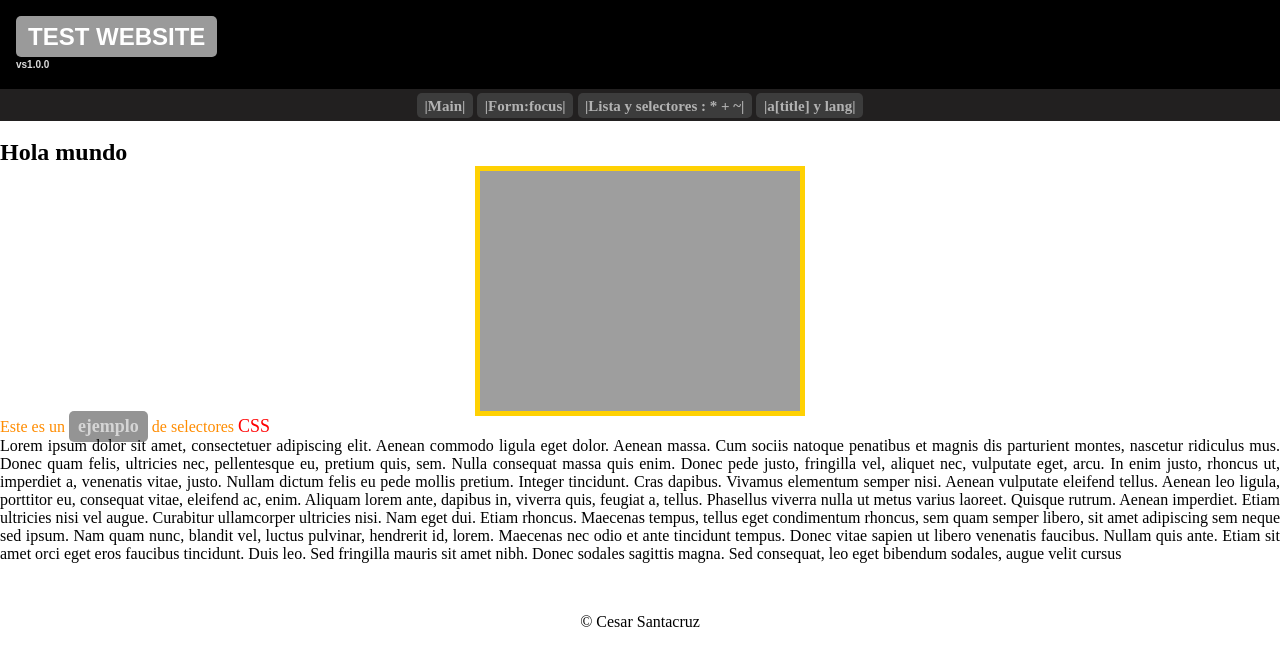
Repository: cesarsant0203/My_Study
Page: Introducción al desarrollo web/My Page 1/1.index.html
The author's editor kept a copy of each file at every save. The page is drawn from the files as they stood at one save, then again after the next save.
The browser window is 1280 px wide. The pictures show the whole page.
Pictures or frames that could not be fetched are drawn as grey boxes.

Above is the page before, as saved 2020-04-29 18:34:35.

### Introducción al desarrollo web/My Page 1/1.index.html
<!DOCTYPE html>
<html lang="es">

<head>
    <meta charset="utf-8" />
    <title> HomePage </title>
    <link href="1.index.css" rel="stylesheet" />
</head>

<body>
    <header><h1>
            <a id="header" href="1.index.html">TEST WEBSITE</a>
            </h1>
        <h4>vs1.0.0</h4>
    </header>
        <section id="navBar" class="box">
            <nav>
                <a href="1.index.html">|Main|</a>
                <a href="2.posts.html">|Form:focus|</a>
                <a href="3.contacto.html">|Lista y selectores : * + ~|</a>
                <a href="4.formulario.html">|a[title] y lang|</a>
            </nav>
        </section>
    <br />
    <h2>Hola mundo</h2>
    <div id="holaMundo" class="box">

        <img src="https://estrenaweb.com/wp-content/uploads/2018/11/bestial.gif" title="gif" class="gif" />
    </div>
    <span id="mySpan">Este es un <a href="#" class="bold">ejemplo</a> de selectores</span>
    <span class="bold red">CSS</span>
    <p id="p1">Lorem ipsum dolor sit amet, consectetuer adipiscing elit. Aenean commodo ligula
        eget dolor. Aenean massa. Cum sociis natoque penatibus et magnis dis parturient montes, nascetur ridiculus mus.
        Donec quam felis, ultricies nec, pellentesque eu, pretium quis, sem. Nulla consequat massa quis enim. Donec pede
        justo, fringilla vel, aliquet nec, vulputate eget, arcu. In enim justo, rhoncus ut, imperdiet a, venenatis
        vitae,
        justo. Nullam dictum felis eu pede mollis pretium. Integer tincidunt. Cras dapibus. Vivamus elementum semper
        nisi.
        Aenean vulputate eleifend tellus. Aenean leo ligula, porttitor eu, consequat vitae, eleifend ac, enim. Aliquam
        lorem
        ante, dapibus in, viverra quis, feugiat a, tellus. Phasellus viverra nulla ut metus varius laoreet. Quisque
        rutrum.
        Aenean imperdiet. Etiam ultricies nisi vel augue. Curabitur ullamcorper ultricies nisi. Nam eget dui. Etiam
        rhoncus.
        Maecenas tempus, tellus eget condimentum rhoncus, sem quam semper libero, sit amet adipiscing sem neque sed
        ipsum.
        Nam quam nunc, blandit vel, luctus pulvinar, hendrerit id, lorem. Maecenas nec odio et ante tincidunt tempus.
        Donec
        vitae sapien ut libero venenatis faucibus. Nullam quis ante. Etiam sit amet orci eget eros faucibus tincidunt.
        Duis
        leo. Sed fringilla mauris sit amet nibh. Donec sodales sagittis magna. Sed consequat, leo eget bibendum sodales,
        augue velit cursus
    </p>

    <footer>
        &copy Cesar Santacruz
    </footer>
</body>


</html>

### Introducción al desarrollo web/My Page 1/1.index.css
* {
    margin: 0;
}
header {
    background: black;
    padding: 1em;
    box-sizing: border-box;
    margin: 0em;
}
a#header, h4 {
    background-color: inherit;
    box-sizing: border-box;
    margin-bottom: 1px;
}
a#header {
    font-family: Arial, Helvetica, sans-serif;
    line-height: 1.4;
    color: white;
    font-size: 24px;
    font-weight: bold;
    text-decoration: none;
    padding: 0.3em 0.5em;
    border-radius: 5px;
    background-color: rgba(255, 255, 255, 0.602);
    transition: background-color 1s linear;
    transition: color 1s linear
}
a#header:hover, input:hover, button:hover, a#header:focus, input:focus, button:focus {
    background-color: #fff;
    color: black;
}
a#header:focus, input:focus, button:focus {
    box-shadow: 0 0 0 3px rgba(0,0,0,0.25);
    outline: 0;
}
h4 {
    color: gainsboro;
    font-size: x-small;
    font-family: Arial, Helvetica, sans-serif;
    line-height: 1.4;
    margin-top: 4px;
}
a{
    box-sizing: border-box;
    margin-top: auto;
    font-size: 15px;
    font-weight: bold;
    color: rgba(255, 255, 255, 0.609);
    text-decoration: none;
    padding: 0.3em 0.5em;
    border-radius: 5px;
    background-color: rgba(78, 78, 78, 0.602);
    transition: color 1s linear;
}
a:hover, input:hover, button:hover, a:focus, input:focus, button:focus {
    color: #fff;
}
a:focus, input:focus, button:focus {
    box-shadow: 0 0 0 3px rgba(0,0,0,0.25);
    outline: 0;
}
a:link {
    text-decoration: none;
}

a:visited {
    text-decoration: none;
}
section#navBar{
    font-size: large;
    text-align: center;
    background-color: rgb(34, 32, 32);
    padding: 0.33em;
}









/*.clase*/
.box {
    background-color: none;
    color: aqua;
}

.bold {
    font-size: large;
}

.red {
    color: red;
}

/*-----------------------*/

/*#identificador*/
#holaMundo {
    color: rgb(49, 3, 255);
    text-align: center;
}

span#mySpan {
    color: darkorange;
}

/*-----------------------*/
div span {
    font-size: xx-large;
}

/*-----------------------*/

/* selector universal (*)*/


/*-----------------------*/

/*dos puntos:*/
a:link {
    text-decoration: none;
}

a:visited {
    text-decoration: none;
}

/*-----------------------*/
 section {
    text-align: center;
    background-color: rgb(34, 32, 32);
    padding: 0.33em;
}
section#mySection{
    font-size: large;
}
span#mundo {
    font-style: italic;
}
footer {
    position: relative;
    margin-top: 50px;
    text-align: center;
    height: 30px;
}
p#p1 {
    text-align: justify;
}
img.gif {
    width: 320px;
    height: 240px;
    border: rgb(255, 209, 3) 5px solid;
    border-collapse: collapse;
    display: block;
    margin: auto;
}

After the next save:
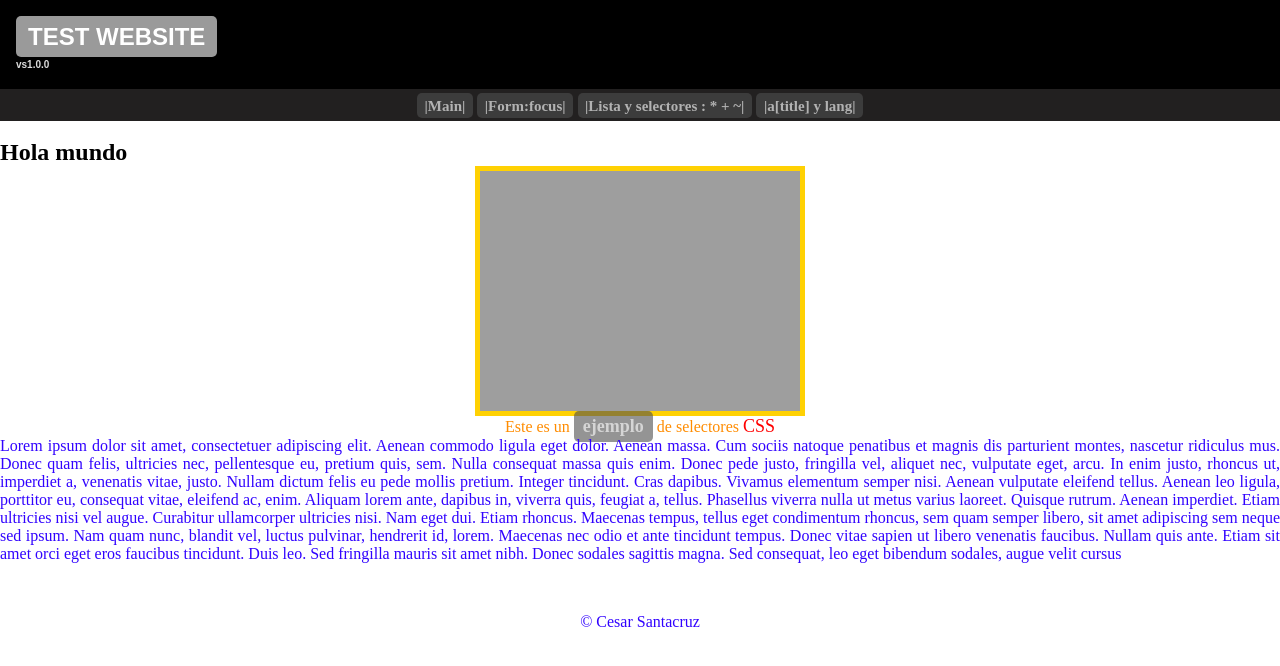
Saved 67 s later.
--- a/Introducción al desarrollo web/My Page 1/1.index.html
+++ b/Introducción al desarrollo web/My Page 1/1.index.html
@@ -23,7 +23,7 @@
         </section>
     <br />
     <h2>Hola mundo</h2>
-    <div id="holaMundo" class="box">
+    <article id="holaMundo" class="box">
 
         <img src="https://estrenaweb.com/wp-content/uploads/2018/11/bestial.gif" title="gif" class="gif" />
     </div>

After the save that followed:
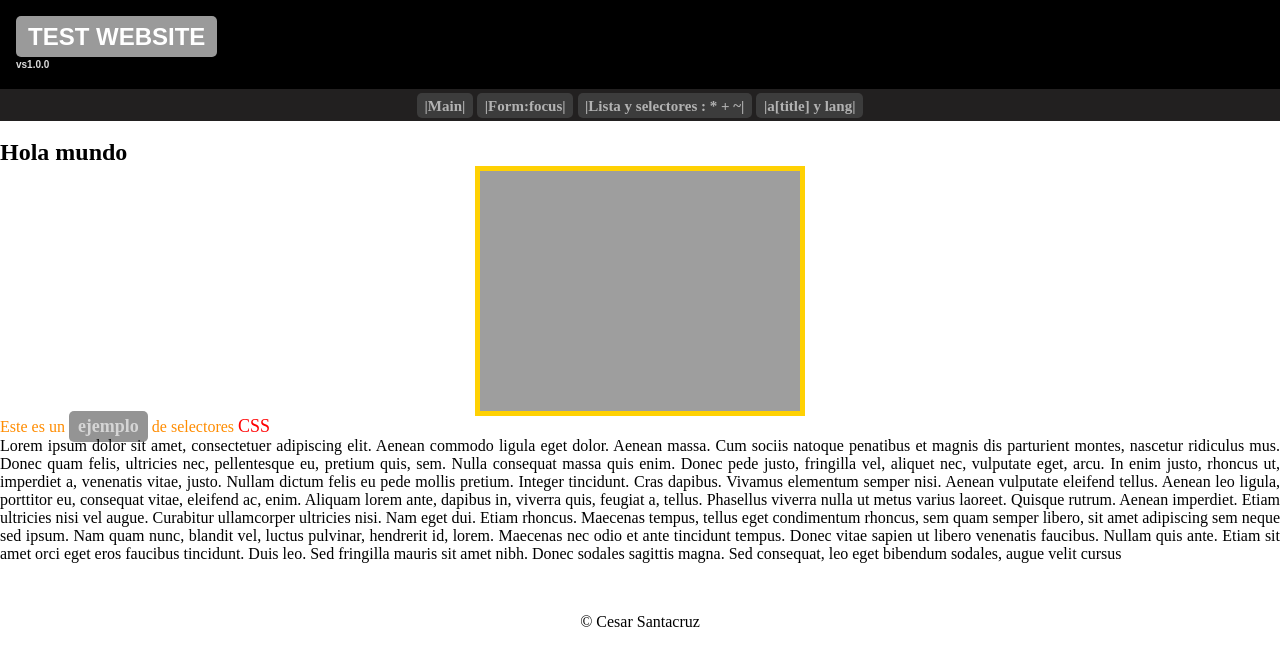
Saved 7 s later.
--- a/Introducción al desarrollo web/My Page 1/1.index.html
+++ b/Introducción al desarrollo web/My Page 1/1.index.html
@@ -26,7 +26,7 @@
     <article id="holaMundo" class="box">
 
         <img src="https://estrenaweb.com/wp-content/uploads/2018/11/bestial.gif" title="gif" class="gif" />
-    </div>
+    </article>
     <span id="mySpan">Este es un <a href="#" class="bold">ejemplo</a> de selectores</span>
     <span class="bold red">CSS</span>
     <p id="p1">Lorem ipsum dolor sit amet, consectetuer adipiscing elit. Aenean commodo ligula
